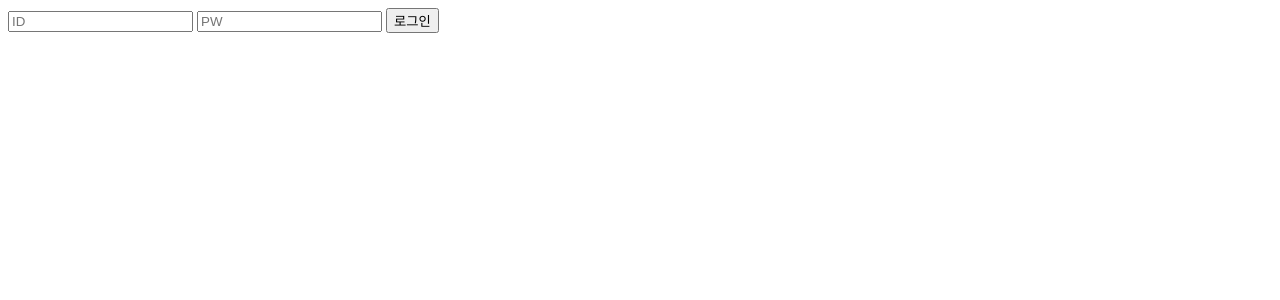
Repository: hanbeen03/javabasic
Page: http://localhost/JSPBasic/03-cookie/cookie_login.jsp
These files come from the project's save history. The page is drawn as it stood at one moment and after the next save; the edit follows.
The browser window is 1280 px wide. The pictures show the whole page.
The page is served by Tomcat 9.

Above is the page before, as saved 2021-08-02 04:20:26.

After the next save:
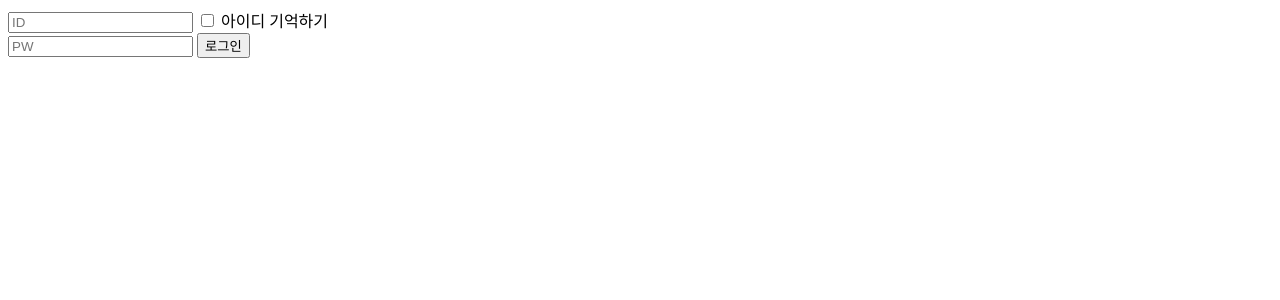
Saved 65 min 52 s later.
--- a/JSPBasic/WebContent/03-cookie/cookie_login.jsp
+++ b/JSPBasic/WebContent/03-cookie/cookie_login.jsp
@@ -16,6 +16,8 @@
 	<!-- 로그인 폼에는 checkbox를 이용해 자동로그인 여부까지 체크합니다. -->
 	<form action="cookie_login_ok.jsp" method="post">
 		<input type="text" name="id" placeholder="ID" />
+		<input type="checkbox" name="id_check" value="yes" />
+		아이디 기억하기<br/>
 		<input type="password" name="pw" placeholder="PW" />
 		<input type="submit" value="로그인" />
 	</form>
